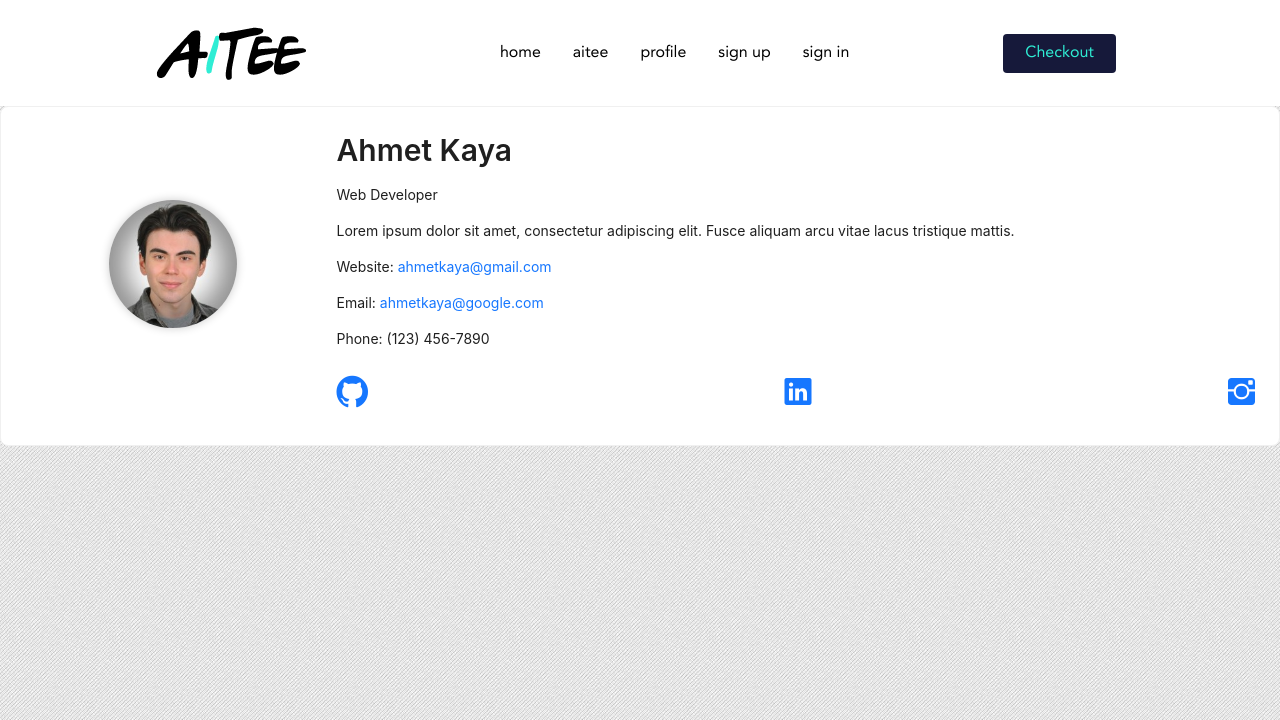
Repository: berkerugras/AITEE-FE
Page: /profile
The author's editor kept a copy of each file at every save. The page is drawn from the files as they stood at one save, then again after a run of saves.
The browser window is 1280 px wide. The pictures show the whole page.
The project was rebuilt for these pictures with package versions that can differ from the ones it lists, and the page was loaded fresh each time. Also part of the build but not shown: src/components/background.js, src/3dmodel/Tees.js, src/pages/aitee.js, src/3dmodel/Tee.js, src/pages/home.js, src/pages/buttonTest.js, src/pages/cart.js, src/pages/signup.js and 1 more.

Above is the page before, as saved 2023-03-19 12:05:04.

After the next 5 saves:
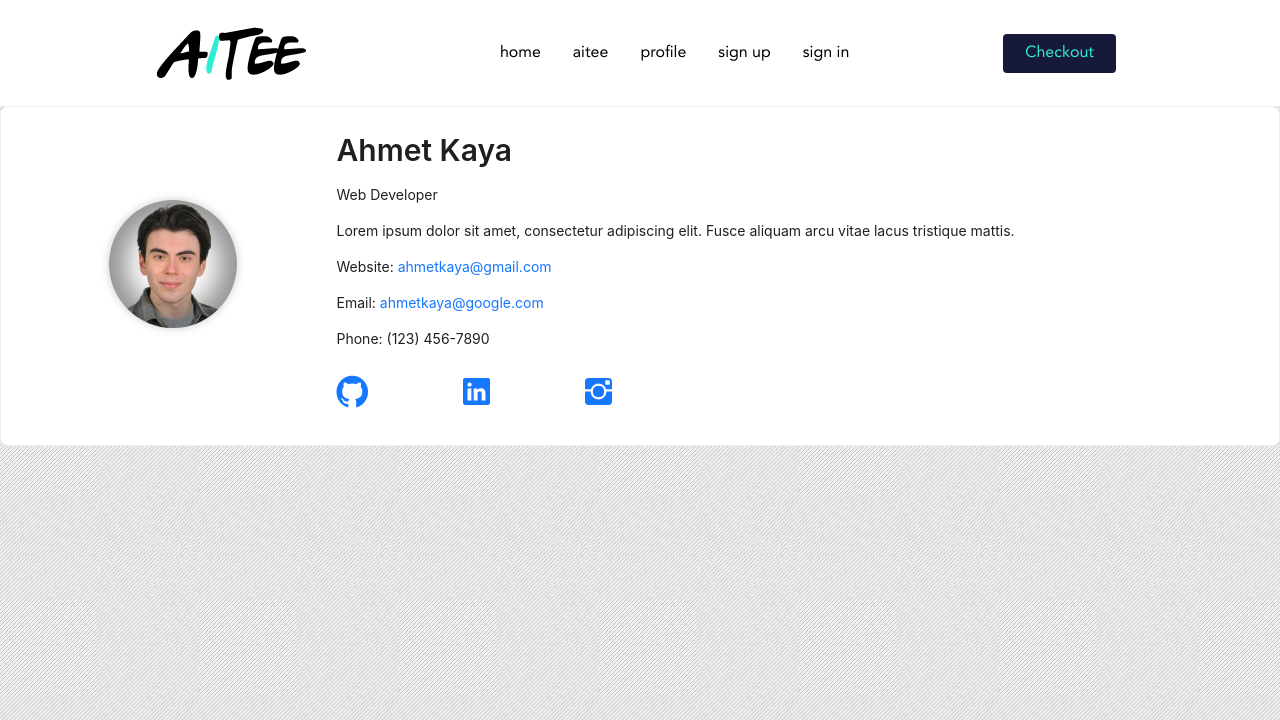
The 5 saves are shown as one change because they came seconds apart.
The last was saved 10 s later.
--- a/src/pages/profilePage.js
+++ b/src/pages/profilePage.js
@@ -31,7 +31,8 @@ const ProfilePage = () => {
             <Paragraph>Email: <a href="mailto:ahmetkaya@google.com">ahmetkaya@google.com</a></Paragraph>
             <Paragraph>Phone: (123) 456-7890</Paragraph>
             <div className="icons" style={{display:"flex",
-                                          justifyContent:"space-between"}}>
+                                          justifyContent:"space-between",
+                                          width:"30%"}}>
               <a href="https://github.com/egesevinc/"><i className="ion-social-github" style={{ fontSize: '36px' }}></i></a>
               <a href="https://www.linkedin.com/in/egesevincc"><i className="ion-social-linkedin" style={{ fontSize: '36px' }}></i></a>
               <a href="https://www.instagram.com/egessevinc/"><i className="ion-social-instagram" style={{ fontSize: '36px' }}></i></a>
